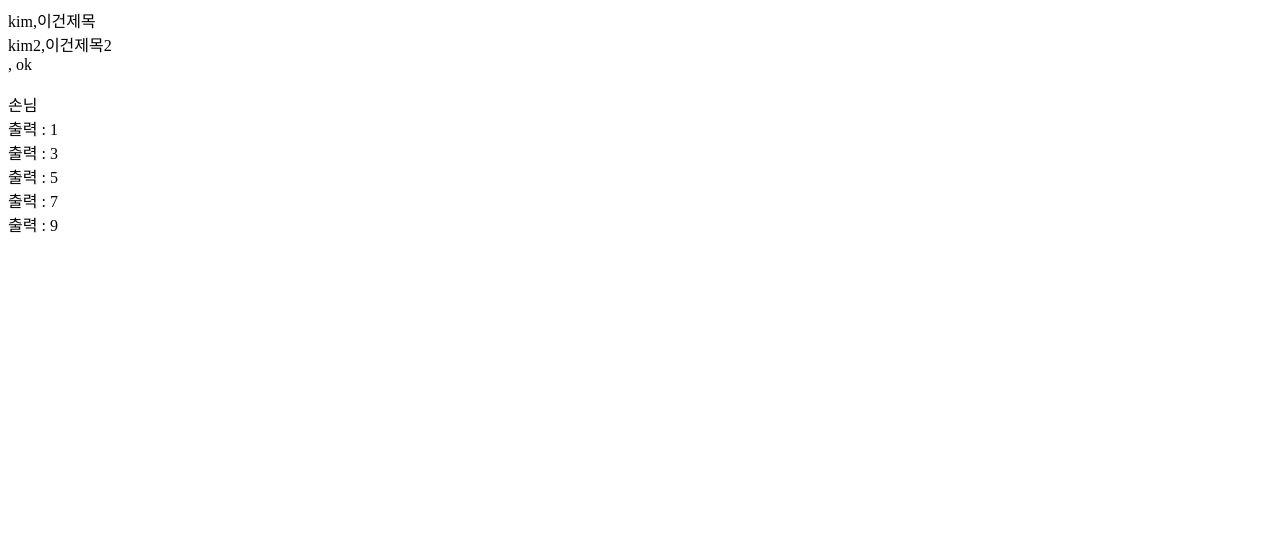
Repository: hinoky4693/workspace
Page: http://localhost/web_prj/JstlServlet
The author's editor kept a copy of each file at every save. The page is drawn from the files as they stood at one save, then again after the next save.
The browser window is 1280 px wide. The pictures show the whole page.
The page is served by Tomcat 9. Other server files are loaded and not shown.

Above is the page before, as saved 2024-05-30 04:41:00.

### web_prj/src/main/webapp/lec_jstl.jsp
<%@ page language="java" contentType="text/html; charset=UTF-8"
    pageEncoding="UTF-8"%>
<%@taglib uri="http://java.sun.com/jsp/jstl/core" prefix="c" %>
<%@taglib uri="http://java.sun.com/jsp/jstl/fmt"  prefix="fmt" %>

<%@ page import="java.util.ArrayList" %>
<%@ page import="java.util.HashMap" %>
<%@ page import="com.kosta.sample.board.BoardVO" %>


<!DOCTYPE html>
<html>
<head>
<meta charset="UTF-8">
<title>Insert title here</title>
<script src="https://code.jquery.com/jquery-3.7.1.js"></script>
<script>
	$(function() {

	});
</script>
</head>
<body>
<!--
EL(Expression Language) : JSP 사용하는 스크립트릿 문법을 쉽게 표현 하는 표현식
JSTL(JSP Standard Tag Library) : JSP 표준라이브러리

	- JSP 내장객체 SCOPE : page > request > session > application
	- EL  내장객체 SCOPE : pageScope > requestScope > sessionScope > applicationScope
-->

<%
//	ArrayList<BoardVO> list = (ArrayList<BoardVO>)request.getAttribute("KEY_BOARDVO");
//	for(BoardVO bvo : list){
//		out.println(bvo.getRegid() + "," + bvo.getTitle());
//	}
%>
${requestScope.KEY_BOARDVO[0]["regid"]},${requestScope.KEY_BOARDVO[0]["title"]}<br>
${requestScope.KEY_BOARDVO[1]["regid"]},${requestScope.KEY_BOARDVO[1]["title"]}<br>

<%
	//HashMap<String, BoardVO> map = (HashMap<String, BoardVO>)request.getAttribute("KEY_MAPVO");
	//out.println(map.get("map_key").getRegid()+"," + map.get("map_key").getTitle());
%>
<!--  ${requestScope.KEY_MAPVO.map_key.regid}, ${KEY_MAPVO.map_key.title} -->

<%
	//	String uid = (String)session.getAttribute("SESS_ID");
	//	out.print(uid);
%>
<!-- ${sessionScope.SESS_ID} -->

<% // 요청으로부터 모든 쿠키를 가져옵니다.
Cookie[] cookies = request.getCookies();
String myCookieValue = null;
if (cookies != null) {
	for (Cookie cookie : cookies) {
		out.println(cookie.getName() + "," + cookie.getValue() + "<br>");
			}
		}
%>
${cookie.MY_COOKIE_UID.name},${cookie.MY_COOKIE_UID.value}

<!-- JSTL : if  forEach -->
<%
String cval = "lee";
int num = 10;
if(cval.equals("lee") && num == 10){
	out.println("ok<br>");
} else{
	out.println("fail<br>");
}
%>

<c:if test="${cookie.MY_COOKIE_UID.value eq 'lee'}">
	oklee <br>
</c:if>

<c:if test="${cookie.MY_COOKIE_UID.value eq 'lee'}">
	oklee <br>
</c:if>
<br>
<c:set value="lkh" var="userid"/>
<c:choose>
       <c:when test="${userid == 'hong'}">
            유저:홍<br>
       </c:when>
       <c:when test="${userid == 'admin'}">
           어드민<br>
       </c:when>
       <c:otherwise>
           손님<br>
       </c:otherwise>
</c:choose>

<c:forEach var="myvar" begin="1" end="10" step ="2" >
출력 : ${myvar} <br>
</c:forEach>


</body>
</html>

### web_prj/src/main/java/com/kosta/sample/jstl/JstlServlet.java
package com.kosta.sample.jstl;

import java.io.IOException;
import java.util.ArrayList;
import java.util.HashMap;

import javax.servlet.RequestDispatcher;
import javax.servlet.ServletException;
import javax.servlet.annotation.WebServlet;
import javax.servlet.http.Cookie;
import javax.servlet.http.HttpServlet;
import javax.servlet.http.HttpServletRequest;
import javax.servlet.http.HttpServletResponse;
import javax.servlet.http.HttpSession;

import com.kosta.sample.board.BoardVO;

@WebServlet("/JstlServlet")
public class JstlServlet extends HttpServlet {
	private static final long serialVersionUID = 1L;

    public JstlServlet() {
        super();

    }

	protected void doGet(HttpServletRequest request, HttpServletResponse response) throws ServletException, IOException {
		request.setCharacterEncoding("UTF-8");
		response.setContentType("text/html;charset=UTF-8");

		ArrayList<BoardVO> list = new ArrayList<BoardVO>();

		BoardVO bvo = new BoardVO();
		bvo.setRegid("kim");
		bvo.setTitle("이건제목");
		list.add(bvo);

		bvo = new BoardVO();
		bvo.setRegid("kim2");
		bvo.setTitle("이건제목2");
		list.add(bvo);
		request.setAttribute("KEY_BOARDVO", list);

//		HashMap<String, BoardVO> map = new HashMap<String, BoardVO>();
//		BoardVO bvo = new BoardVO();
//		bvo.setRegid("kim33");
//		bvo.setTitle("이건제목33");
//		map.put("map_key", bvo);
//		request.setAttribute("KEY_MAPVO", map);

//		HttpSession session = request.getSession();
//		session.setAttribute("SESS_ID", "kim44");
//		session.setAttribute("SESS_GRADE", "gold");

		Cookie ck = new Cookie("MY_COOKIE_UID", "lee");

		ck.setMaxAge(100);
		response.addCookie(ck);

		RequestDispatcher rd = request.getRequestDispatcher("lec_jstl.jsp");
		rd.forward(request, response);

	}


}

### web_prj/src/main/java/com/kosta/sample/board/BoardVO.java
package com.kosta.sample.board;

import java.util.List;

public class BoardVO {
	//ctrl + shift + X : 대문자
	//ctrl + shift + Y : 소문자
	private int seq;            //PK sequence
	private String title;
	private String contents;
	private String regid;       //session cookie
	private String regdate;     //default sysdate

	//private String tag;

	List<ReplyVO> replies;      //1:N

	public BoardVO() {}


	public BoardVO(int seq, String title, String contents, String regid, String regdate) {
		//super();
		this.seq = seq;
		this.title = title;
		this.contents = contents;
		this.regid = regid;
		this.regdate = regdate;
	}

	public BoardVO(int seq, String title, String contents, String regid,
			String regdate, List<ReplyVO> replies) {
		//super();
		this(seq, title, contents, regid, regdate);
		this.replies = replies;
	}


	public List<ReplyVO> getReplies() {
		return replies;
	}


	public void setReplies(List<ReplyVO> replies) {
		this.replies = replies;
	}


	public int getSeq() {
		return seq;
	}
	public String getTitle() {
		return title;
	}
	public String getContents() {
		return contents;
	}
	public String getRegid() {
		return regid;
	}
	public String getRegdate() {
		return regdate;
	}
	public void setSeq(int seq) {
		this.seq = seq;
	}
	public void setTitle(String title) {
		this.title = title;
	}
	public void setContents(String contents) {
		this.contents = contents;
	}
	public void setRegid(String regid) {
		this.regid = regid;
	}
	public void setRegdate(String regdate) {
		this.regdate = regdate;
	}


	@Override
	public String toString() {
		return "BoardVO [seq=" + seq + ", title=" + title + ", contents=" + contents + ", regid=" + regid + ", regdate="
				+ regdate + ", replies=" + replies + "]";
	}

}

### web_prj/src/main/java/com/kosta/sample/board/ReplyVO.java
package com.kosta.sample.board;

public class ReplyVO {
	private int rseq;        //PK
	private String reply;
	private String regid;    //session cookie
	private String regdate;  //default sysdate
	private int seq ;        //FK - reference board(seq)

	public ReplyVO() {}


	public ReplyVO(int rseq, String reply, String regid, String regdate, int seq) {
		super();
		this.rseq = rseq;
		this.reply = reply;
		this.regid = regid;
		this.regdate = regdate;
		this.seq = seq;
	}



	public int getRseq() {
		return rseq;
	}

	public String getReply() {
		return reply;
	}

	public String getRegid() {
		return regid;
	}

	public String getRegdate() {
		return regdate;
	}

	public int getSeq() {
		return seq;
	}

	public void setRseq(int rseq) {
		this.rseq = rseq;
	}

	public void setReply(String reply) {
		this.reply = reply;
	}

	public void setRegid(String regid) {
		this.regid = regid;
	}

	public void setRegdate(String regdate) {
		this.regdate = regdate;
	}

	public void setSeq(int seq) {
		this.seq = seq;
	}

	@Override
	public String toString() {
		return "ReplyVO [rseq=" + rseq + ", reply=" + reply + ", regid=" + regid + ", regdate=" + regdate + ", seq="
				+ seq + "]";
	}



}

After the next save:
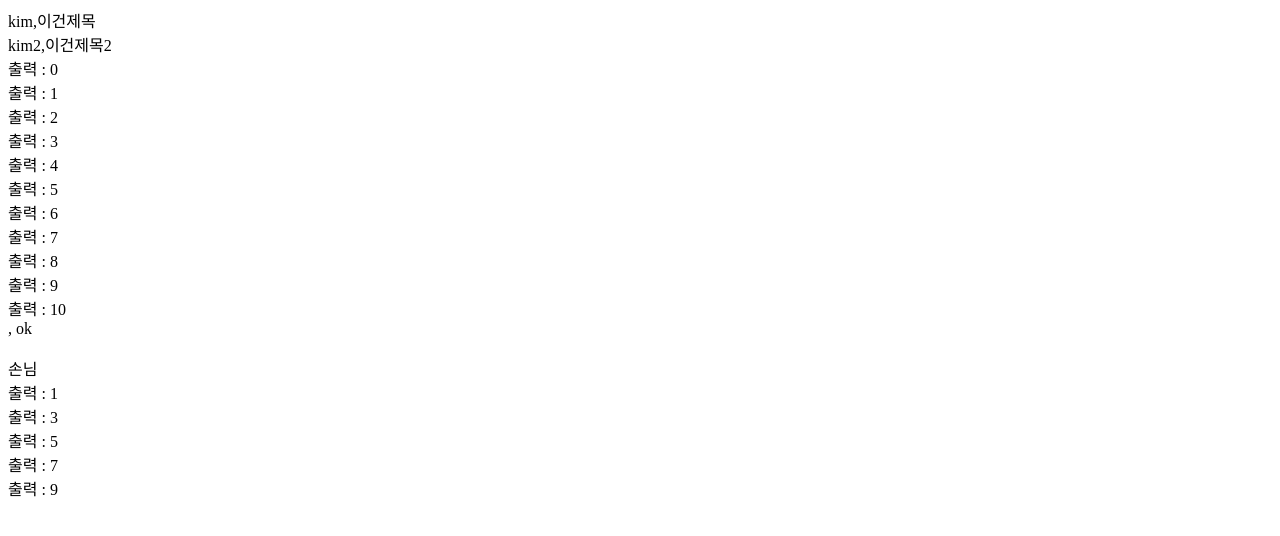
Saved 10 min 38 s later.
--- a/web_prj/src/main/webapp/lec_jstl.jsp
+++ b/web_prj/src/main/webapp/lec_jstl.jsp
@@ -38,6 +38,14 @@ JSTL(JSP Standard Tag Library) : JSP 표준라이브러리
 ${requestScope.KEY_BOARDVO[0]["regid"]},${requestScope.KEY_BOARDVO[0]["title"]}<br>
 ${requestScope.KEY_BOARDVO[1]["regid"]},${requestScope.KEY_BOARDVO[1]["title"]}<br>
 
+<c:forEach var="myvar" begin="0" end="10" step ="1" >
+출력 : ${myvar} <br>
+</c:forEach>
+
+<c:forEach items="${KEY_LISTVO}" var="v">
+	${bvo.regid} ${bvo.title} <br>
+<br>
+</c:forEach>
 <%
 	//HashMap<String, BoardVO> map = (HashMap<String, BoardVO>)request.getAttribute("KEY_MAPVO");
 	//out.println(map.get("map_key").getRegid()+"," + map.get("map_key").getTitle());
